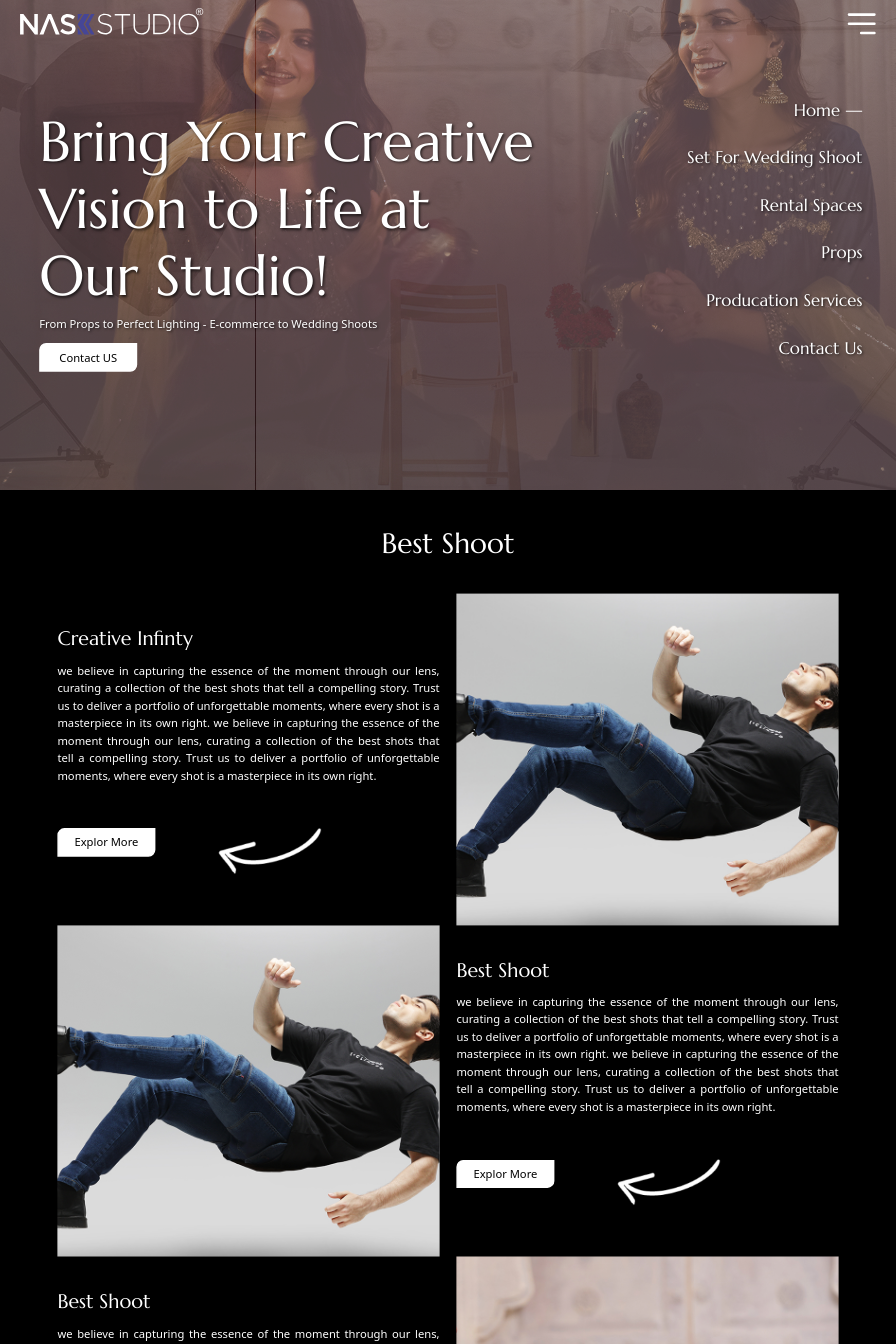
Repository: sagheerNaskSoft/nask-studio-sec-phase
Page: /
These files come from the project's save history. The page is drawn as it stood at one moment and after the next save; the edit follows.
The browser window is 1280 px wide. The pictures show the part of the page from y = 0 to 1920 px (the page is 4350 px tall), at 70% of full size.
Backgrounds fixed to the window are drawn as part of the page. The project was rebuilt for these pictures with package versions that can differ from the ones it lists, and the page was loaded fresh each time. Also part of the build but not shown: src/Pages/About.js, src/Component/NavFooter/NavBar.js, src/Component/WeddingSets/Banner.js, src/Component/WeddingSets/StudioSection.js, src/Pages/WeddingSets.js, src/Component/ProductionService/Form1.js, src/Component/ProductionService/Form2.js, src/Component/ProductionService/Form3.js and 12 more.

Above is the page before, as saved 2025-02-03 17:36:27.

After the next save:
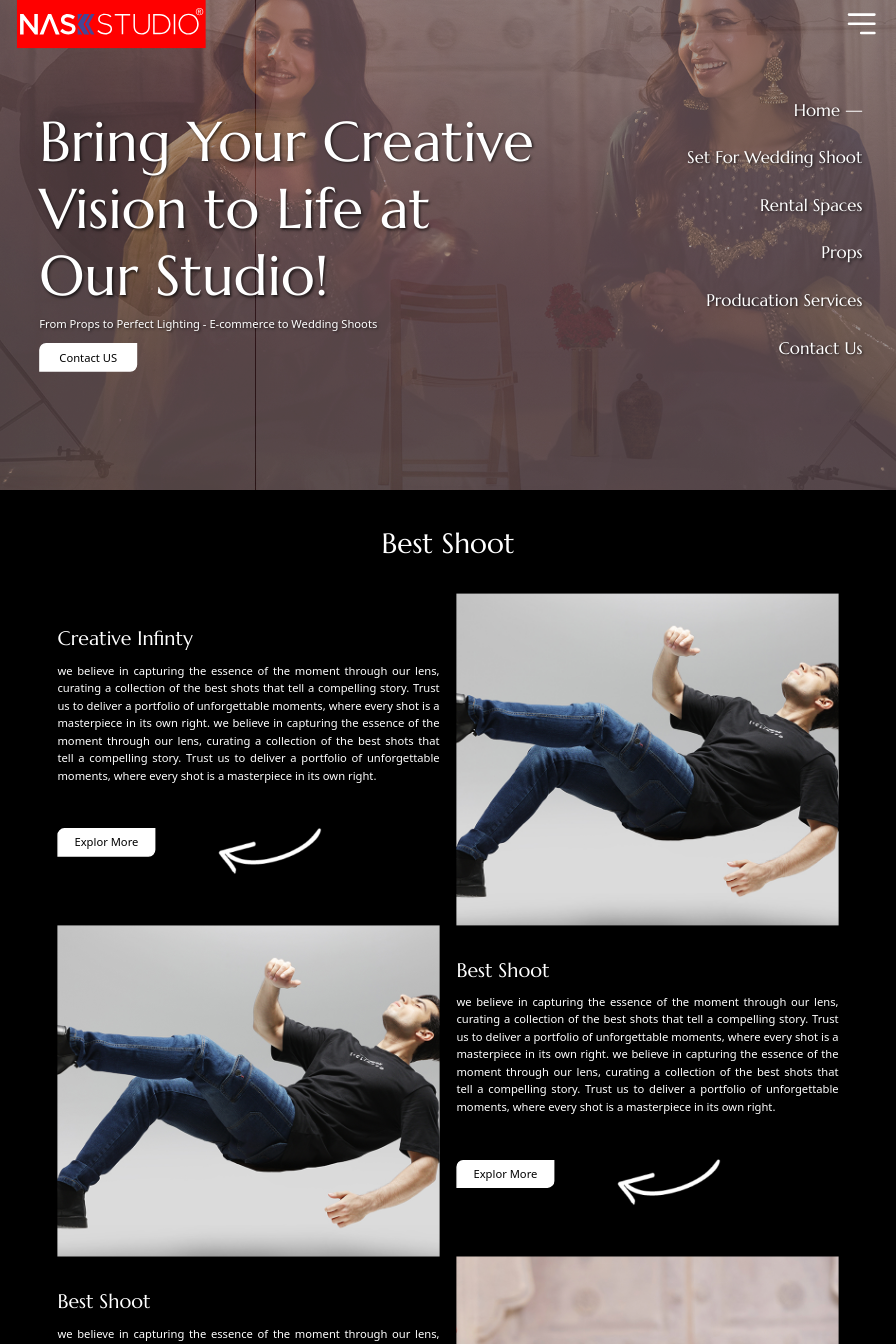
Saved 20 s later.
--- a/src/Component/HomePage/Banner.js
+++ b/src/Component/HomePage/Banner.js
@@ -91,7 +91,7 @@
                 ></div>
             ))}
             <div className='home-bar d-flex justify-content-between px-4'>
-                <img className='logo' src={logo} alt='logo' />
+                <img style={{background:'red'}} className='logo' src={logo} alt='logo' />
                 <HiMiniBars3BottomRight className='icons' onClick={toggleMenu} />
 
                 {/* Your Menu */}

After the save that followed:
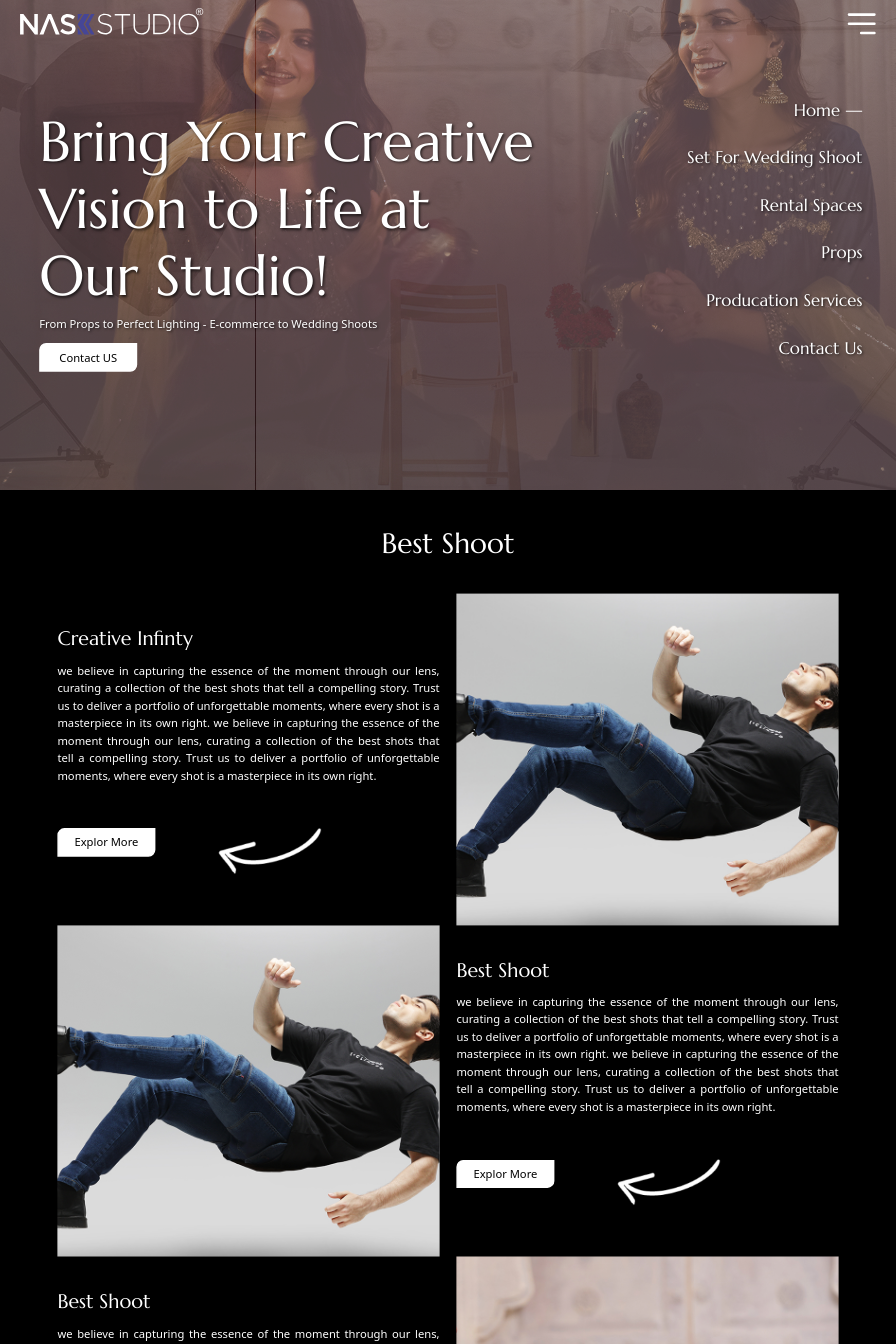
Saved 7 s later.
--- a/src/Component/HomePage/Banner.js
+++ b/src/Component/HomePage/Banner.js
@@ -91,7 +91,7 @@
                 ></div>
             ))}
             <div className='home-bar d-flex justify-content-between px-4'>
-                <img style={{background:'red'}} className='logo' src={logo} alt='logo' />
+                <img className='logo' src={logo} alt='logo' />
                 <HiMiniBars3BottomRight className='icons' onClick={toggleMenu} />
 
                 {/* Your Menu */}
